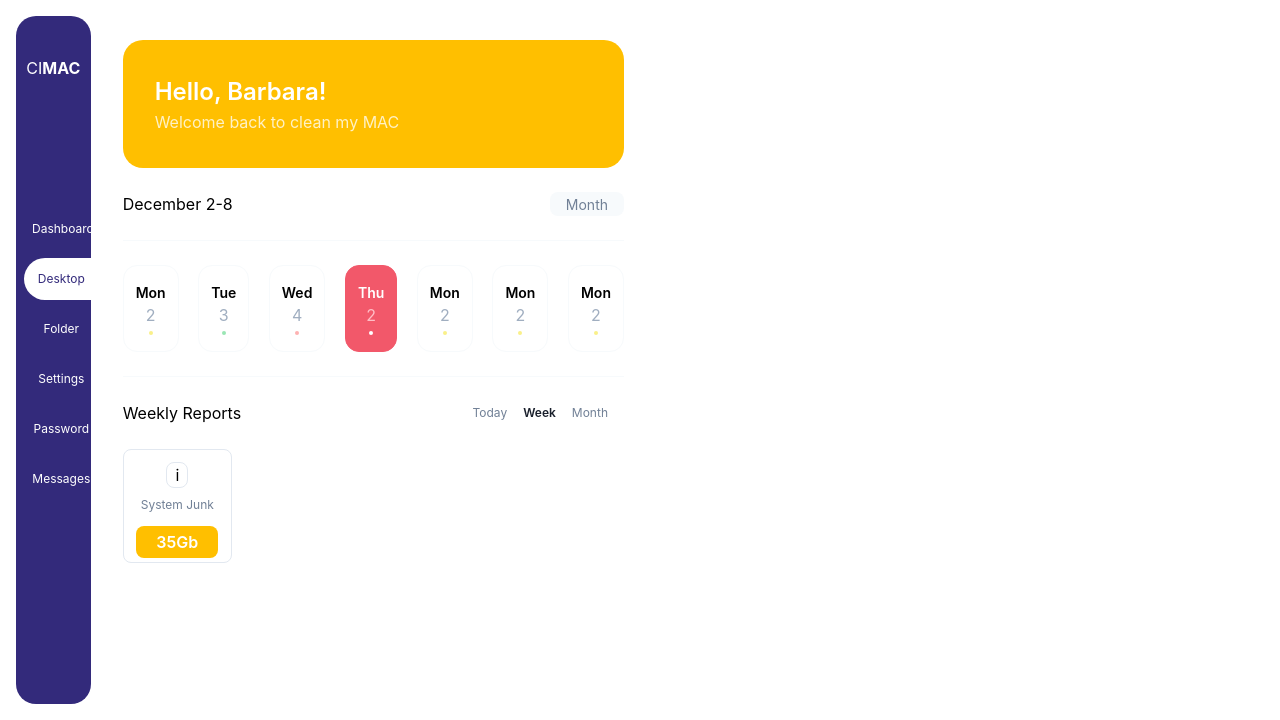
Repository: charleyvibez/experiment-Utility-software-UI
Page: index.html
An editor plug-in stored every save of this project. The page is shown before and after a run of saves, followed by the edit.
The browser window is 1280 px wide. The pictures show the whole page.

Above is the page before, as saved 2020-03-18 00:49:57.

### index.html
<!DOCTYPE html>
<html lang="en">
<head>
  <meta charset="UTF-8">
  <meta name="viewport" content="width=device-width, initial-scale=1.0">

  <link rel="stylesheet" href="tailwind.css">
  <link rel="stylesheet" href="index.css">
  <title>Document</title>
</head>
<body>
  <section class="flex">
     <aside class="w-1/12 p-4 h-screen">
      <div class="aside-container bg-gray-100 rounded-xl flex flex-col items-center h-full">
        <div class="logo pt-10 text-white">
          <h3>CI<span class="font-bold">MAC</span></h3>
        </div>

      <nav class="flex flex-col items-center text-xs mt-32 text-center text-white w-full pl-2">
        <div class="nav-item w-full pl-2 py-3 mb-2">Dashboard</div>
        <div class="nav-item w-full pl-2 py-3 mb-2 active-nav">Desktop</div>
        <div class="nav-item w-full pl-2 py-3 mb-2">Folder</div>
        <div class="nav-item w-full pl-2 py-3 mb-2">Settings</div>
        <div class="nav-item w-full pl-2 py-3 mb-2">Password</div>
        <div class="nav-item w-full pl-2 py-3 mb-2">Messages</div>
      </nav>
      </div>

    </aside>

  <main class="w-5/12 p-4 h-screen pt-10">
    <div class="main-container">
      <div class="hello p-8 h-32 yellow-bg rounded-xl flex flex-col justify-center">
        <h1 class="text-2xl font-semibold text-white">Hello, Barbara!</h1>
        <p class="yellow-text-support">Welcome back to clean my MAC</p>
      </div>
      <div class="date">
        <div class="heading flex justify-between border-b border-gray-100 py-6">
          <div class="heading-date-range">
            <Span> December 2-8</Span>
          </div>
          <div class="heading-month bg-gray-100 px-4 rounded-lg flex items-center">
            <span class="inline-block text-sm text-gray-600">Month</span>
          </div>
        </div>
        <div class="days flex justify-between py-6  border-b border-gray-100">
          <div class="day flex flex-col items-center py-4 px-3 border border-gray-100 rounded-lg">
            <h3 class="font-semibold text-sm">Mon</h3>
            <span class="text-gray-500">2</span>
            <span class="w-1 h-1 bg-yellow-300 rounded-full mt-1"></span>
          </div>
          <div class="day flex flex-col items-center py-4 px-3 border border-gray-100 rounded-lg">
            <h3 class="font-semibold text-sm">Tue</h3>
            <span class="text-gray-500">3</span>
            <span class="w-1 h-1 bg-green-300 rounded-full mt-1"></span>
          </div>
          <div class="day flex flex-col items-center py-4 px-3 border border-gray-100 rounded-lg">
            <h3 class="font-semibold text-sm">Wed</h3>
            <span class="text-gray-500">4</span>
            <span class="w-1 h-1 bg-red-300 rounded-full mt-1"></span>
          </div>
          <div class="day flex flex-col items-center py-4 px-3 border border-gray-100 rounded-lg active-day">
            <h3 class="font-semibold text-sm">Thu</h3>
            <span class="inline-block text-gray-500 day-number">2</span>
            <span class="inline-block w-1 h-1 bg-yellow-300 rounded-full mt-1 day-indicator"></span>
          </div>
          <div class="day flex flex-col items-center py-4 px-3 border border-gray-100 rounded-lg">
            <h3 class="font-semibold text-sm">Mon</h3>
            <span class="text-gray-500">2</span>
            <span class="w-1 h-1 bg-yellow-300 rounded-full mt-1"></span>
          </div>
          <div class="day flex flex-col items-center py-4 px-3 border border-gray-100 rounded-lg">
            <h3 class="font-semibold text-sm">Mon</h3>
            <span class="text-gray-500">2</span>
            <span class="w-1 h-1 bg-yellow-300 rounded-full mt-1"></span>
          </div>
          <div class="day flex flex-col items-center py-4 px-3 border border-gray-100 rounded-lg">
            <h3 class="font-semibold text-sm">Mon</h3>
            <span class="text-gray-500">2</span>
            <span class="w-1 h-1 bg-yellow-300 rounded-full mt-1"></span>
          </div>
        </div>
      </div>

       <div class="Reports">
        <div class="heading flex justify-between  py-6">
          <div class="heading-date-range">
            <Span class="font-normal"> Weekly Reports</Span>
          </div>
          <div class="heading-reports  px-4 rounded-lg flex items-center">
            <span class="inline-block text-gray-600 text-xs">Today</span>
            <span class="inline-block text-gray-900 ml-4 text-xs font-semibold">Week</span>
            <span class="inline-block text-gray-600 ml-4 text-xs">Month</span>
          </div>


        </div>
        <div class="junks">
          <div class="system-junk w-1/4  flex items-center pr-4">
           <div class="bg-white rounded-lg flex flex-col items-center border w-full pt-3 pb-1">
             <span class="junk-icon inline-block px-2 border mb-2 rounded-lg">
              i
            </span>
            <h6 class="text-xs mb-3 text-gray-600">System Junk</h6>
            <span class="inline-block yellow-bg px-5 py-1 rounded-lg text-white font-semibold">35Gb</span>
           </div>
          </div>
        </div>
       </div>
    </div>
  </main>
  </section>

</body>
</html>

### index.css
* {
  margin: 0;
  padding: 0;
  box-sizing: border-box;
}

.aside-container {
  background: #332a7b;
}
.active-nav {
  position: relative;
  background:white;
  color: #332a7b;
  border-bottom-left-radius: 30px;
  border-top-left-radius: 30px;
}

/* .active-nav:before {
  position: absolute;
  content: '';
  height: 30px;
  width: 30px;
  border-radius: 50%;
  top: -25px;
  right: 0;
  background: #332a7b;
} */

.rounded-xl {
  border-radius: 20px
}

.yellow-bg {
  background: #ffbf00;
}
.yellow-text-support {
  color: #fff1c5
}

.day {
  border-radius: 14px;
}

.active-day {
  background: #f2586a;
  border: 1px solid #f2586a
}

.active-day h3 {
  color: white;
  ;
}
.active-day .day-number {
  color: #ffbec6;
}
.active-day .day-indicator {
  background: white;
}

Loaded but not shown: tailwind.css (library)

After the next 4 saves:
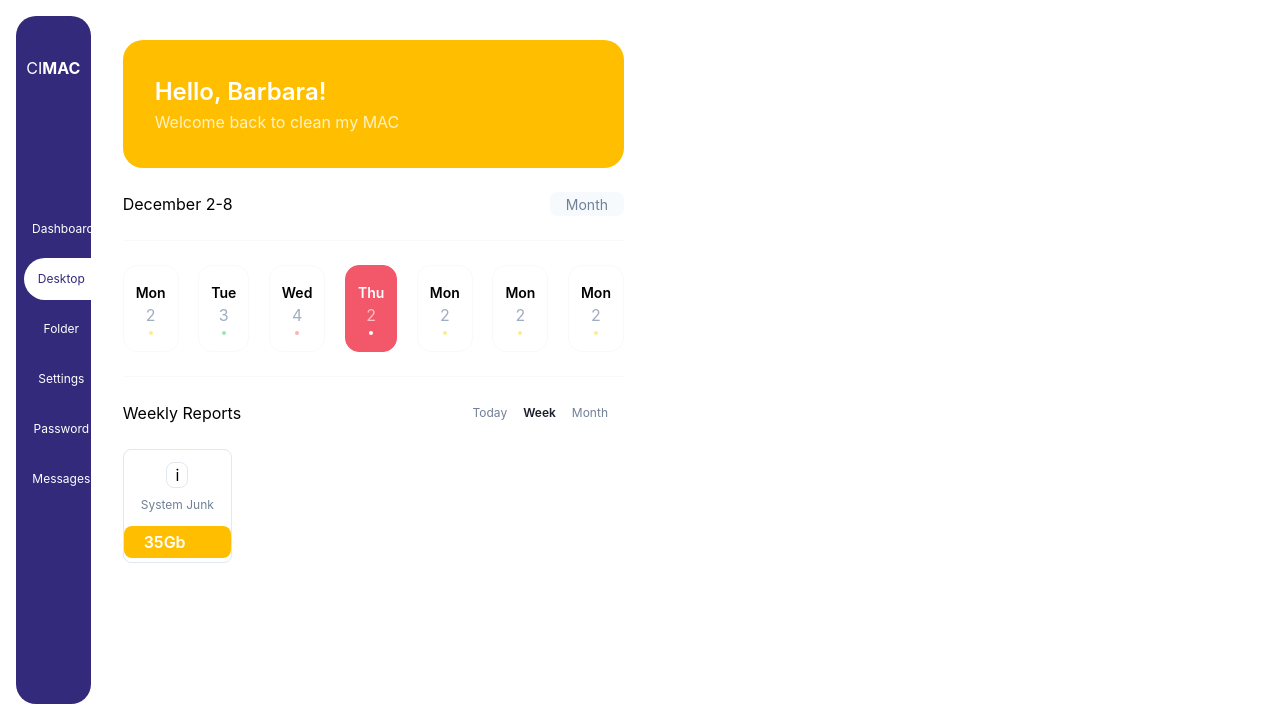
The 4 saves are shown as one change because they came seconds apart.
The last was saved 20 s later.
--- a/index.html
+++ b/index.html
@@ -102,7 +102,7 @@
               i
             </span>
             <h6 class="text-xs mb-3 text-gray-600">System Junk</h6>
-            <span class="inline-block yellow-bg px-5 py-1 rounded-lg text-white font-semibold">35Gb</span>
+            <span class="inline-block yellow-bg px-5 py-1 rounded-lg text-white font-semibold w-full">35Gb</span>
            </div>
           </div>
         </div>
